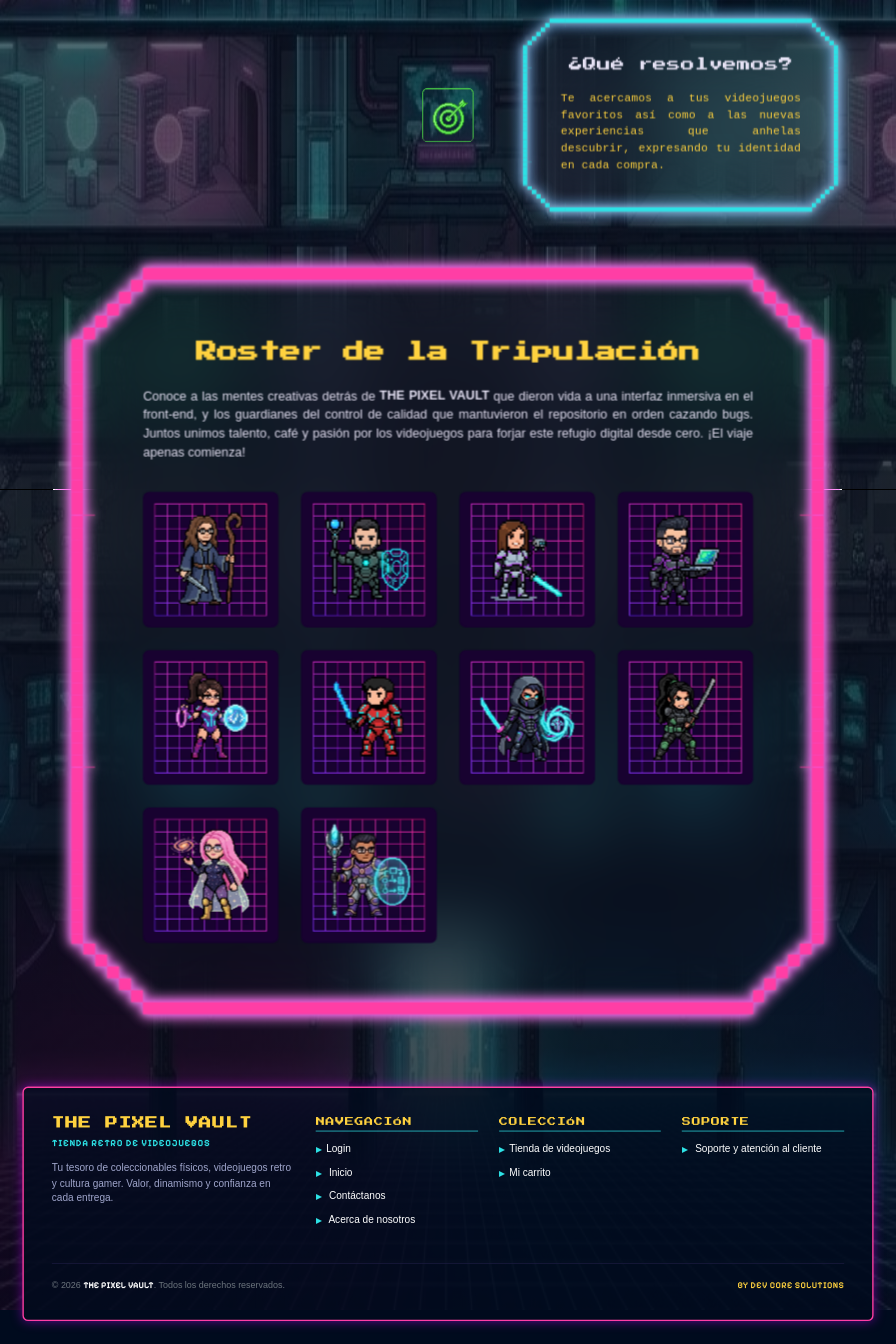
Repository: DianaSGarciaR/The-Pixel-Vault
Page: acercaNosotros.html
An editor plug-in stored every save of this project. The page is shown before and after the next save, followed by the edit.
The browser window is 1280 px wide. The pictures show the part of the page from y = 2205 to 4125 px (the page is 4125 px tall), at 70% of full size.
Some web fonts or font styles are not loaded; a fallback is used.

Above is the page before, as saved 2026-10-22 13:55:00.

After the next save:
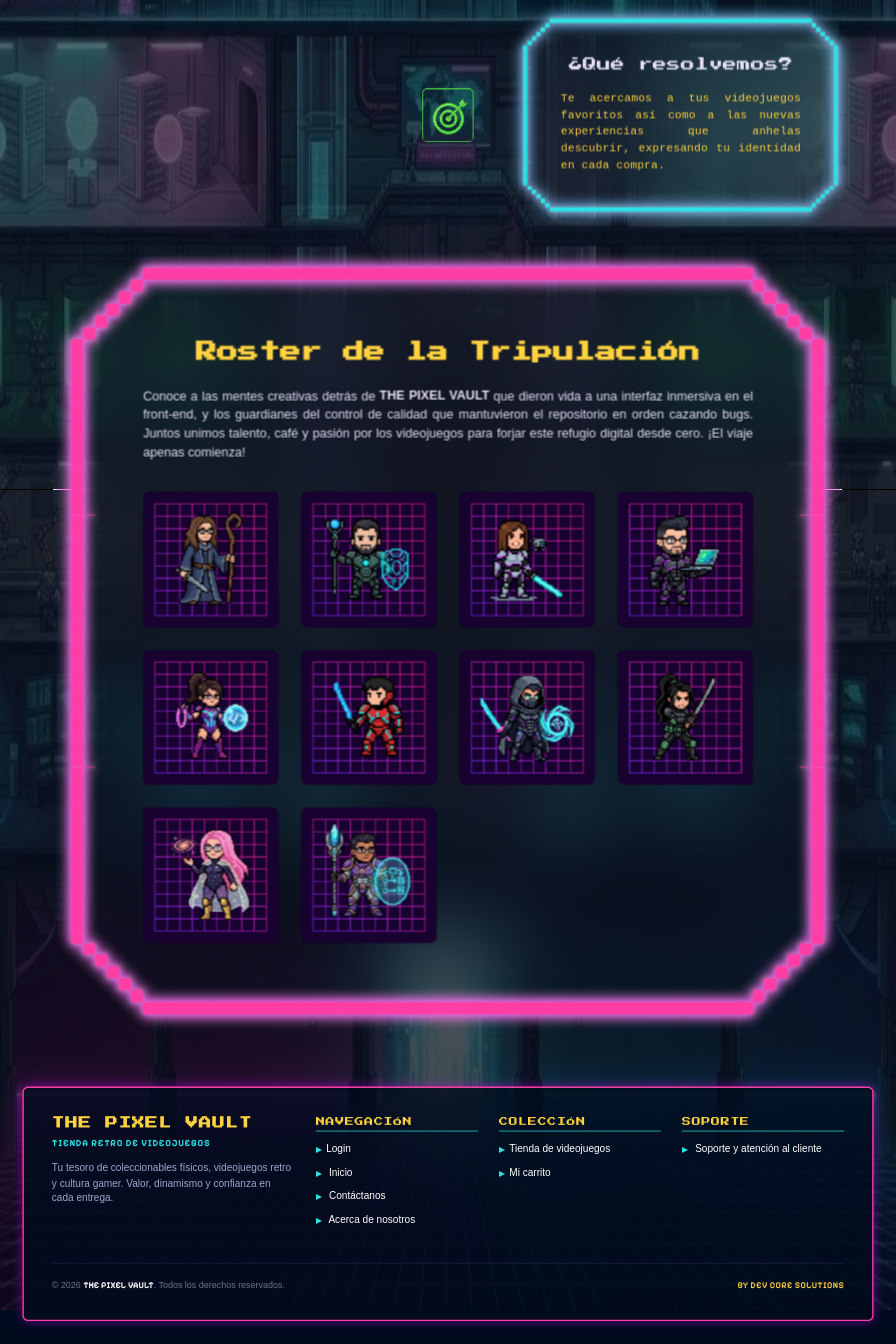
Saved 5 s later.
--- a/styles/acercaNosotros.css
+++ b/styles/acercaNosotros.css
@@ -36,8 +36,6 @@
 /**----------ROSTER DEL EQUIPO----------*/
 .team-content{
     position:relative;
-    shape-rendering: crispEdges;
-    image-rendering: pixelated;
     backdrop-filter: blur(50px);
     z-index: 1;
     border: 8vw solid transparent;
@@ -48,8 +46,6 @@
 
 .team-content::before{
     position: absolute;
-    shape-rendering: crispEdges;
-    image-rendering: pixelated;
     z-index: -1;
     content:"";
     top: -8vw;
